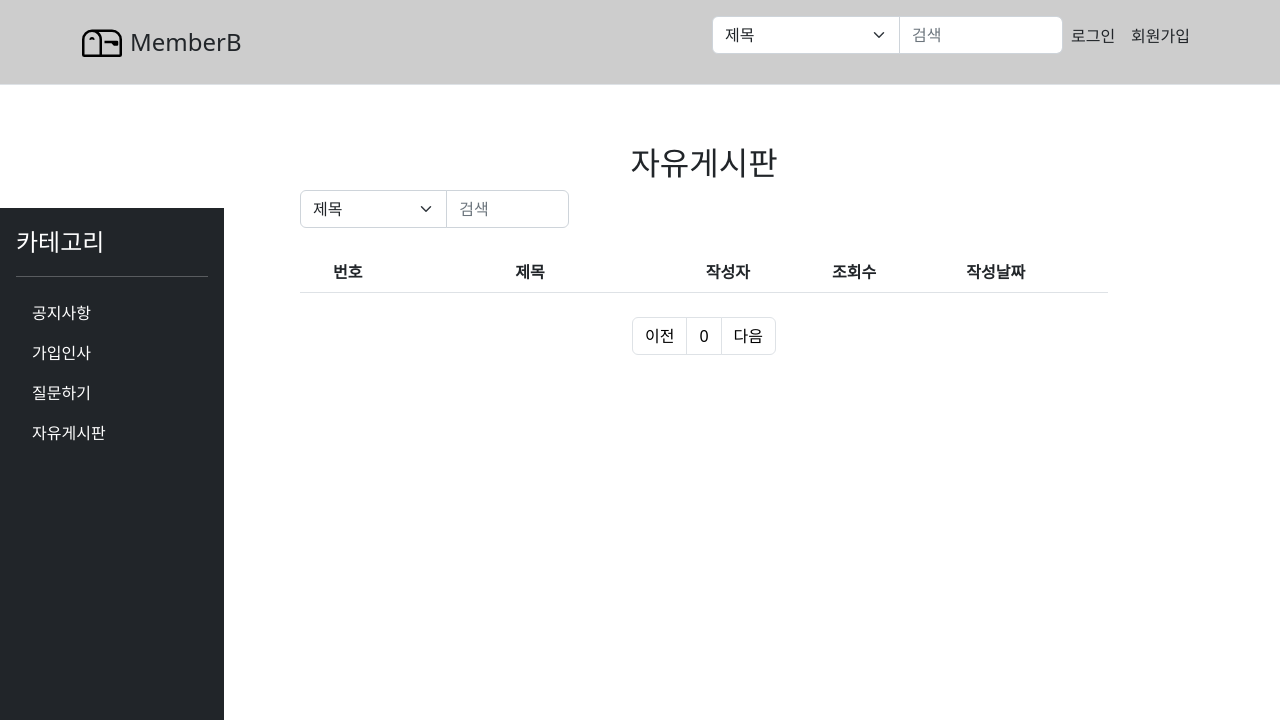
Repository: charmErin/board_220915
Page: http://localhost/board/WEB-INF/views/board/list.jsp
The author's editor kept a copy of each file at every save. The page is drawn from the files as they stood at one save, then again after the next save.
The browser window is 1280 px wide. The pictures show the whole page.
The page is served by Tomcat 9. Nobody is signed in. Other server files are loaded and not shown. The template is opened directly, without the code that normally fills it, so the values that code supplies are empty.

Above is the page before, as saved 2022-09-16 02:42:07.

### board/src/main/webapp/WEB-INF/views/board/list.jsp
<%@ page language="java" contentType="text/html; charset=UTF-8"
    pageEncoding="UTF-8"%>
<%@ taglib uri="http://java.sun.com/jsp/jstl/core" prefix="c" %>
<%@ taglib prefix="fmt" uri="http://java.sun.com/jsp/jstl/fmt" %>
<!DOCTYPE html>
<html>
<head>
<meta charset="UTF-8">
<title>Insert title here</title>
<style>
	.body-content {
		margin-top: 9rem;
		margin-left: 15rem;
		padding-left: 3rem;
		padding-right: 10rem;
	}

	h2 {
		text-align: center;
	}

	a {
		text-decoration: none !important;
		color: #000 !important;
	}

	td a:hover {
		color: dodgerblue !important;
		cursor: pointer;
	}

	th {
		text-align: center !important;
	}

	td:not(:nth-child(2)) {
		text-align: center !important;
	}
</style>
</head>
<body>
	<%@include file ="../layout/header.jsp" %>
	<div class="body-content">
	<div class="container my-4">
		<div>
		<c:choose>
			<c:when test="${category eq 1}">
				<h2>공지사항</h2>
			</c:when>
			<c:when test="${category eq 2}">
				<h2>가입인사</h2>
			</c:when>
			<c:when test="${category eq 3}">
				<h2>질문하기</h2>
			</c:when>
			<c:otherwise>
				<h2>자유게시판</h2>
			</c:otherwise>
		</c:choose>
		</div>

		<div>
	    	<form class="col-4" action="/board/search" method="get">
				<div class="input-group">
					<select class="form-select col-1" name="searchType">
						<option value="boardTitle">제목</option>
						<option value="boardWriter">작성자</option>
						<option value="boardContents">내용</option>
					</select>
					<input class="form-control" type="text" name="q" placeholder="검색" aria-label="Search">
				</div>
			</form>
	    </div>

		<div class="d-grid gap-2 d-md-flex justify-content-md-end mb-4">
			<c:if test="${sessionScope.id ne null}">
				<button onclick="boardSave()" class="btn btn-dark">글작성</button>
			</c:if>
		</div>


		<table class="table table-hover">
			<tr>
				<th scope="row">번호</th>
				<th scope="row" class="col-4">제목</th>
				<th scope="row">작성자</th>
				<th scope="row">조회수</th>
				<th scope="row">작성날짜</th>
				<th></th>
			</tr>
			<c:forEach var="board" items="${boardList}">
				<tr>
					<td>${board.id}</td>
					<td>
						<a href="/board/detail/${categoryId}?page=${pageDTO.page}&id=${board.id}">
								${board.boardTitle}
<%-- 							<c:if test="${!board.boardFileList.isEmpty()}"><img src="../../../resources/svg/image.svg" alt=""/></c:if> --%>
						</a>
					</td>
					<td>${board.boardWriter}</td>
					<td>${board.boardHits}</td>
					<td><fmt:formatDate pattern="yyyy-MM-dd" value="${board.createdTime}"></fmt:formatDate></td>
					<td></td>
				</tr>
			</c:forEach>
		</table>
	</div>


	<div class="container">
        <ul class="pagination justify-content-center">
            <c:choose>
                <c:when test="${pageDTO.page<=1}">
                    <li class="page-item disabled">
                        <a class="page-link">이전</a>
                    </li>
                </c:when>
                <c:otherwise>
                    <li class="page-item">
                        <a class="page-link" href="/board/${categoryId}?page=${pageDTO.page-1}">이전</a>
                    </li>
                </c:otherwise>
            </c:choose>
            <c:forEach begin="${pageDTO.startPage}" end="${pageDTO.endPage}" var="i" step="1">
                <c:choose>
                    <c:when test="${i eq pageDTO.page}">
                        <li class="page-item active">
                            <a class="page-link text-white">${i}</a>
                        </li>
                    </c:when>
                    <c:otherwise>
                        <li class="page-item">
                            <a class="page-link" href="/board/${categoryId}?page=${i}">${i}</a>
                        </li>
                    </c:otherwise>
                </c:choose>
            </c:forEach>
            <c:choose>
                <c:when test="${pageDTO.page>=pageDTO.maxPage}">
                    <li class="page-item disabled">
                        <a class="page-link">다음</a>
                    </li>
                </c:when>
                <c:otherwise>
                    <li class="page-item">
                        <a class="page-link" href="/board/${categoryId}?page=${pageDTO.page+1}">다음</a>
                    </li>
                </c:otherwise>
            </c:choose>
        </ul>
    </div>
    </div>
</body>
<script>
	const boardSave = () => {
		location.href = "/board/save-form";
	}
</script>
</html>

### board/src/main/webapp/WEB-INF/views/layout/header.jsp
<%@ page language="java" contentType="text/html; charset=UTF-8"
    pageEncoding="UTF-8"%>
<%@ taglib uri="http://java.sun.com/jsp/jstl/core" prefix="c" %>
<%@ taglib prefix="fmt" uri="http://java.sun.com/jsp/jstl/fmt" %>
<!DOCTYPE html>
<html>
<head>
<meta charset="UTF-8">
<link href="https://cdn.jsdelivr.net/npm/bootstrap@5.2.1/dist/css/bootstrap.min.css" rel="stylesheet" integrity="sha384-iYQeCzEYFbKjA/T2uDLTpkwGzCiq6soy8tYaI1GyVh/UjpbCx/TYkiZhlZB6+fzT" crossorigin="anonymous">
<title>Insert title here</title>
<style>
	header {
		background: #CDCDCD;
	}

	.side-bar {
		width: 14rem;
		height: 100%;
		margin-top: 4rem;
		position: fixed;
		display: inline !important;
	}
</style>
</head>
<body>
	<header class="py-3 border-bottom header-fix fixed-top">
		<div class="container d-flex flex-wrap justify-content-center">
			<a href="/" class="d-flex align-items-center mb-3 mb-lg-0 me-lg-auto text-dark text-decoration-none">
				<img src="../../../resources/svg/mailbox.svg" width="40" height="40">
				<span class="fs-4 m-2">
					MemberB
				</span>
			</a>
			<form class="col-md-auto" action="/board/search" method="get">
				<div class="input-group">
					<select class="form-select" name="searchType">
						<option value="boardTitle">제목</option>
						<option value="boardWriter">작성자</option>
						<option value="boardContetns">내용</option>
					</select>
					<input class="form-control col-2" type="text" name="q" placeholder="검색" aria-label="Search">
				</div>
			</form>
			<div>
				<c:choose>
					<c:when test="${sessionScope.id == null}">
						<ul class="nav">
							<li class="nav-item">
								<a href="/member/login-form" class="nav-link link-dark px-2">로그인</a>
							</li>
							<li class="nav-item">
								<a href="/member/save-form" class="nav-link link-dark px-2">회원가입</a>
							</li>
						</ul>
					</c:when>
					<c:otherwise>
						<ul class="nav">
							<li class="nav-item">
								<a href="/member/detail/${sessionScope.id}" class="nav-link link-dark px-2">${sessionScope.memberName}</a>
							</li>
							<c:if test="${sessionScope.loginId eq 'admin'}">
								<li class="nav-item">
									<a href="/member/findAll" class="nav-link link-dark px-2">회원목록</a>
								</li>
							</c:if>
							<li class="nav-item">
								<a href="/member/logout" class="nav-link link-dark px-2">로그아웃</a>
							</li>
						</ul>
					</c:otherwise>
				</c:choose>
			</div>
		</div>
	</header>
		<div class="d-flex flex-column flex-shrink-0 p-3 text-bg-dark side-bar">
			<span class="fs-4">카테고리</span>
			<hr>
			<ul class="nav nav-pills flex-column mb-auto">
				<li class="nav-item">
					<a href="/board/1" class="nav-link text-white">공지사항</a>
				</li>
				<li>
					<a href="/board/2" class="nav-link text-white">가입인사</a>
				</li>
				<li>
					<a href="/board/3" class="nav-link text-white">질문하기</a>
				</li>
				<li>
					<a href="/board/4" class="nav-link text-white">자유게시판</a>
				</li>
			</ul>
		</div>
</body>
</html>

### board/src/main/webapp/resources/svg/mailbox.svg
<svg xmlns="http://www.w3.org/2000/svg" width="16" height="16" fill="currentColor" class="bi bi-mailbox" viewBox="0 0 16 16">
  <path d="M4 4a3 3 0 0 0-3 3v6h6V7a3 3 0 0 0-3-3zm0-1h8a4 4 0 0 1 4 4v6a1 1 0 0 1-1 1H1a1 1 0 0 1-1-1V7a4 4 0 0 1 4-4zm2.646 1A3.99 3.99 0 0 1 8 7v6h7V7a3 3 0 0 0-3-3H6.646z"/>
  <path d="M11.793 8.5H9v-1h5a.5.5 0 0 1 .5.5v1a.5.5 0 0 1-.5.5h-1a.5.5 0 0 1-.354-.146l-.853-.854zM5 7c0 .552-.448 0-1 0s-1 .552-1 0a1 1 0 0 1 2 0z"/>
</svg>

After the next save:
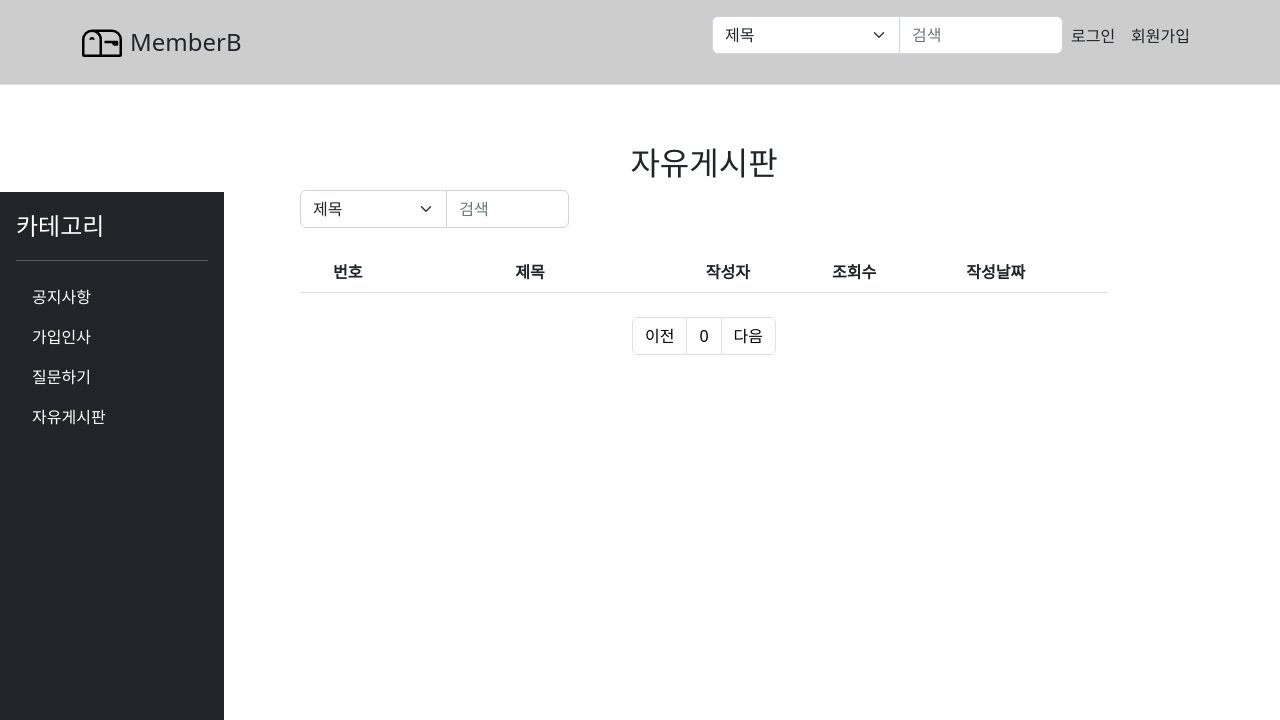
Saved 15 s later.
--- a/board/src/main/webapp/WEB-INF/views/layout/header.jsp
+++ b/board/src/main/webapp/WEB-INF/views/layout/header.jsp
@@ -16,7 +16,7 @@
 	.side-bar {
 		width: 14rem;
 		height: 100%;
-		margin-top: 4rem;
+		margin-top: 3rem;
 		position: fixed;
 		display: inline !important;
 	}
